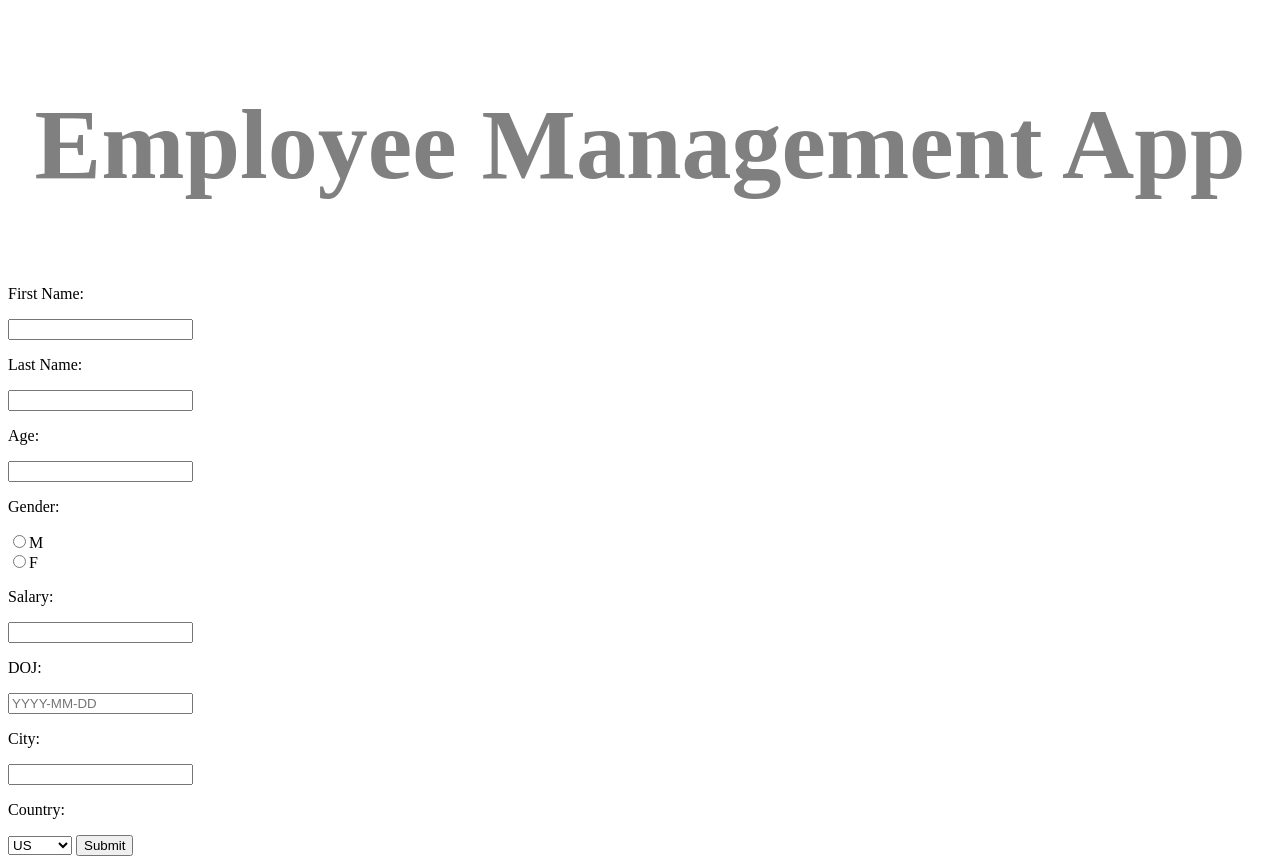
Repository: SaumyaGuptaTechnokrat/Employee_management
Page: http://localhost/Employee/index.jsp
The author's editor kept a copy of each file at every save. The page is drawn from the files as they stood at one save, then again after the next save.
The browser window is 1280 px wide. The pictures show the whole page.
The page is served by Tomcat 9. Other server files are loaded and not shown.

Above is the page before, as saved 2023-02-10 17:09:31.

### Employee/src/main/webapp/index.jsp
<%@ page language="java" contentType="text/html; charset=ISO-8859-1"
    pageEncoding="ISO-8859-1"%>
<!DOCTYPE html>
<html>
<head>
<meta charset="ISO-8859-1">
<title>Insert title here</title>
</head>
<body>
<h1 style="text-align:center;padding-top:20px;color:gray;font-size:100px;">Employee Management App</h1>
<div style="display:flex;flex-direction:column;justify-content:center;align-item:center; margin:auto;">
<form action="addRecord.jsp" method="post" >

		<p>First Name:</p><input name="fName" type="text"><br>
		<p>Last Name:</p><input name="lName" type="text"><br>
		<p>Age:</p><input name="age" type="number"><br>
		<p>Gender:</p><input name="Gender" type="radio" value="Male">M<br>
		<input type="radio" name="Gender" value="Female">F<br>
		<p>Salary:</p><input name="salary" type="text"><br>
		<p>DOJ:</p><input name="Doj" placeholder="YYYY-MM-DD" type="text"><br>
		<p>City:</p><input name="City" type="text"><br>
		<p>Country:</p><select name="Country">
		<option value="US">US<option/>
		<option value="US">INDIA<option/>
		<option value="US">UK<option/>
		<option value="US">JAPAN<option/>
		</select>
		<input type="button" value="Submit">
</form>
	</div>

</body>
</html>

After the next save:
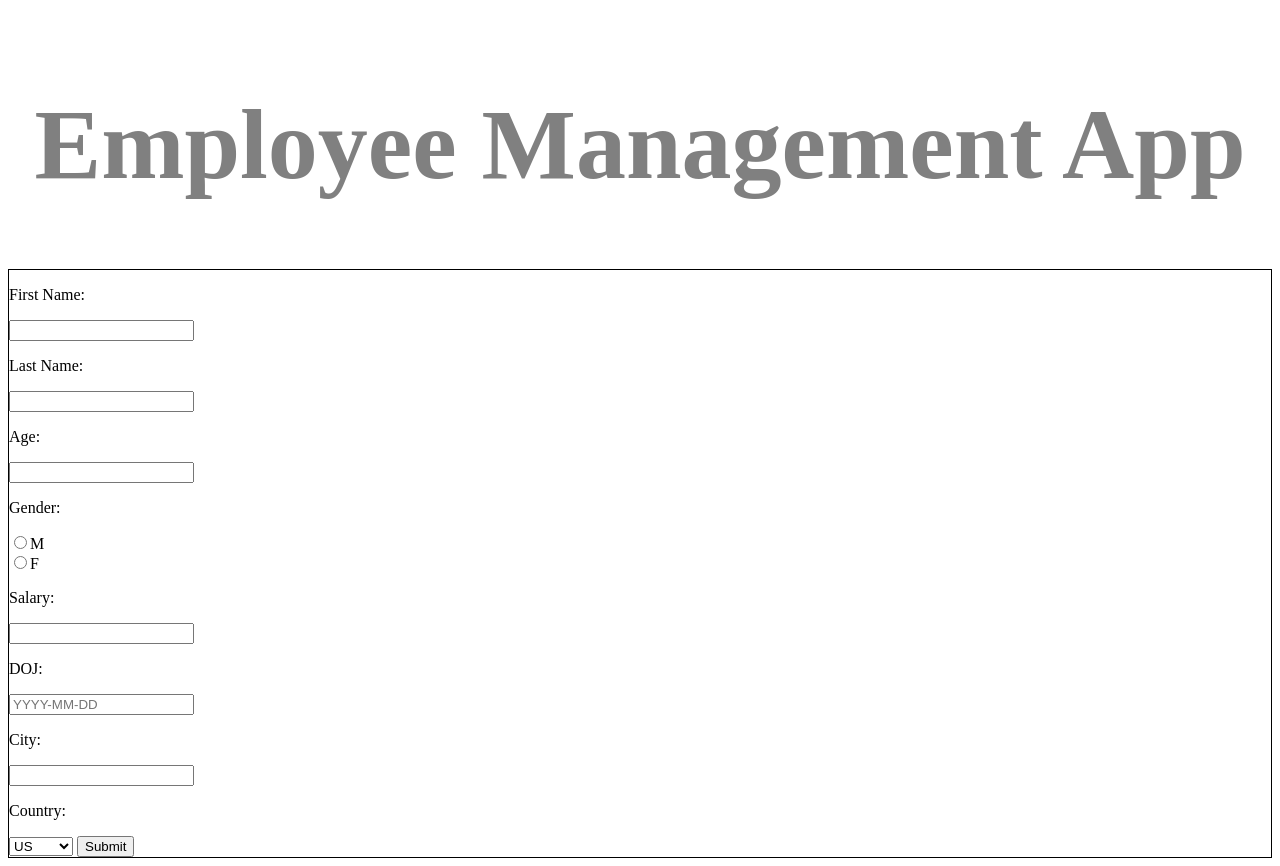
Saved 21 s later.
--- a/Employee/src/main/webapp/index.jsp
+++ b/Employee/src/main/webapp/index.jsp
@@ -8,7 +8,7 @@
 </head>
 <body>
 <h1 style="text-align:center;padding-top:20px;color:gray;font-size:100px;">Employee Management App</h1>
-<div style="display:flex;flex-direction:column;justify-content:center;align-item:center; margin:auto;">
+<div style="display:flex;flex-direction:column;justify-content:center;align-item:center; margin:auto; border:1px black solid">
 <form action="addRecord.jsp" method="post" >
 
 		<p>First Name:</p><input name="fName" type="text"><br>
